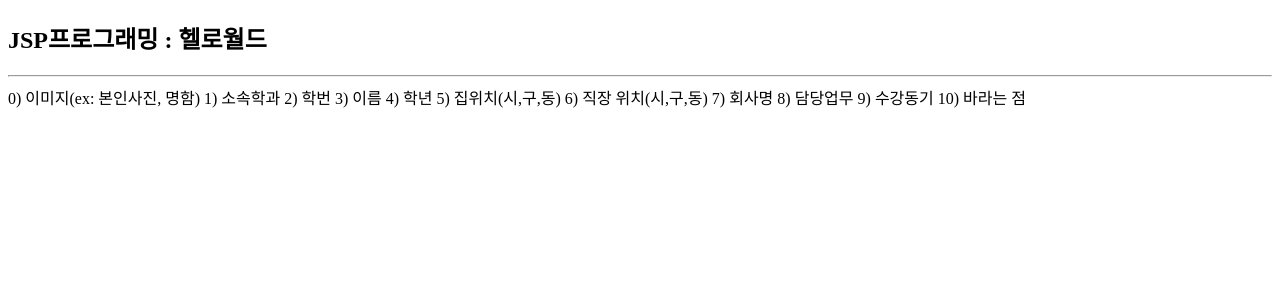
Repository: jiyoung510/JAVA-learning-examples
Page: http://localhost/jspbook/ch01/HelloWorld.jsp
An editor plug-in stored every save of this project. The page is shown before and after the next save, followed by the edit.
The browser window is 1280 px wide. The pictures show the whole page.
The page is served by Tomcat 9.

Above is the page before, as saved 2022-09-25 01:35:24.

After the next save:
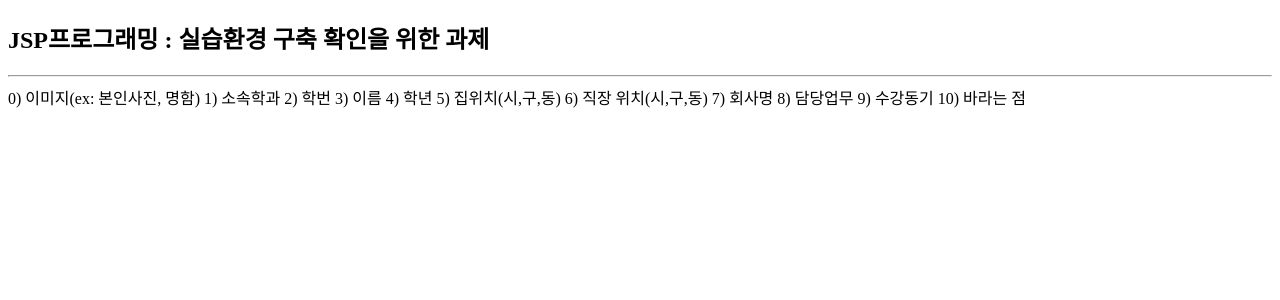
Saved 9 s later.
--- a/jspbook/WebContent/ch01/HelloWorld.jsp
+++ b/jspbook/WebContent/ch01/HelloWorld.jsp
@@ -8,7 +8,7 @@
 <title>HelloWorldJSP</title>
 </head>
 <body>
-	<h2>JSP프로그래밍 : 헬로월드</h2>
+	<h2>JSP프로그래밍 : 실습환경 구축 확인을 위한 과제</h2>
 	<hr>
 	0) 이미지(ex: 본인사진, 명함)
 	1) 소속학과
